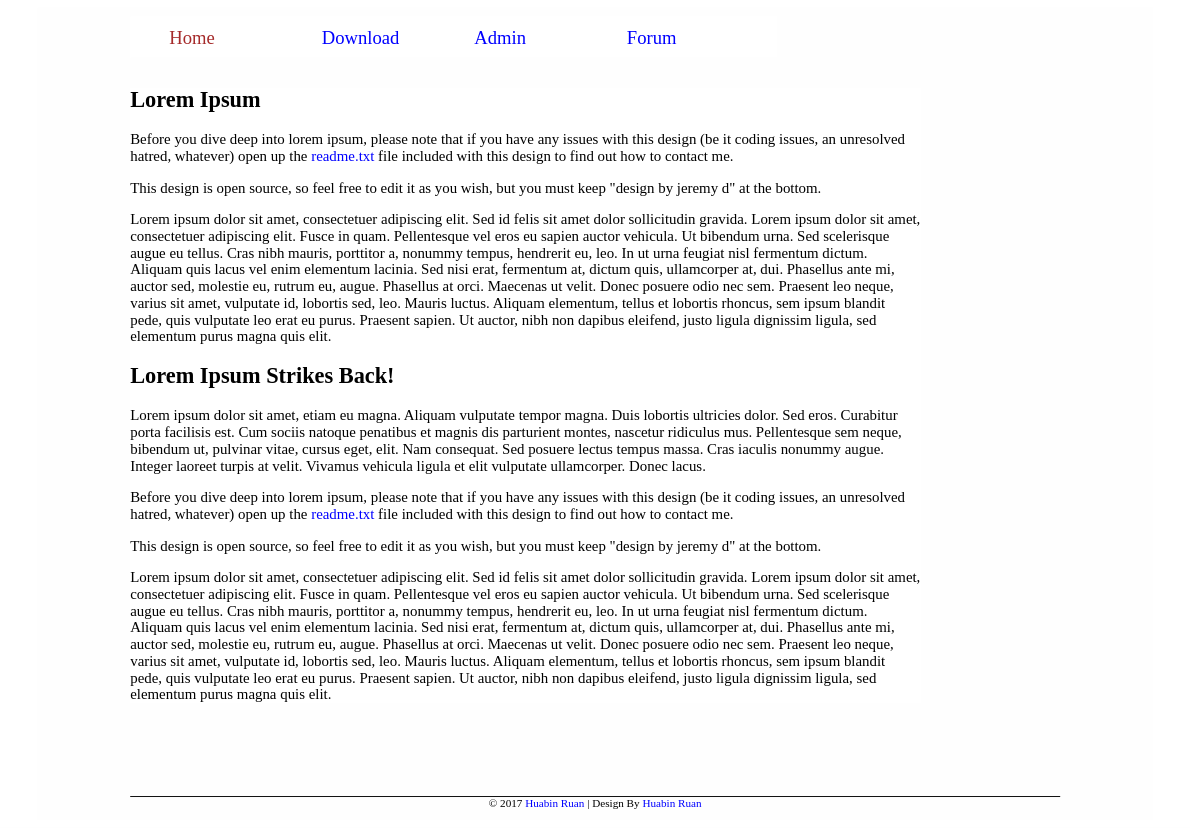
Repository: ruanhuabin/LifeSoftwareWebSite
Page: http://localhost/CryoEM/
The author's editor kept a copy of each file at every save. The page is drawn from the files as they stood at one save, then again after the next save.
The browser window is 1280 px wide. The pictures show the whole page, at 93% of full size.
The page is served by Tomcat 9. Nobody is signed in. The application's start-up code is not run.

Above is the page before, as saved 2017-08-14 02:30:40.

After the next save:
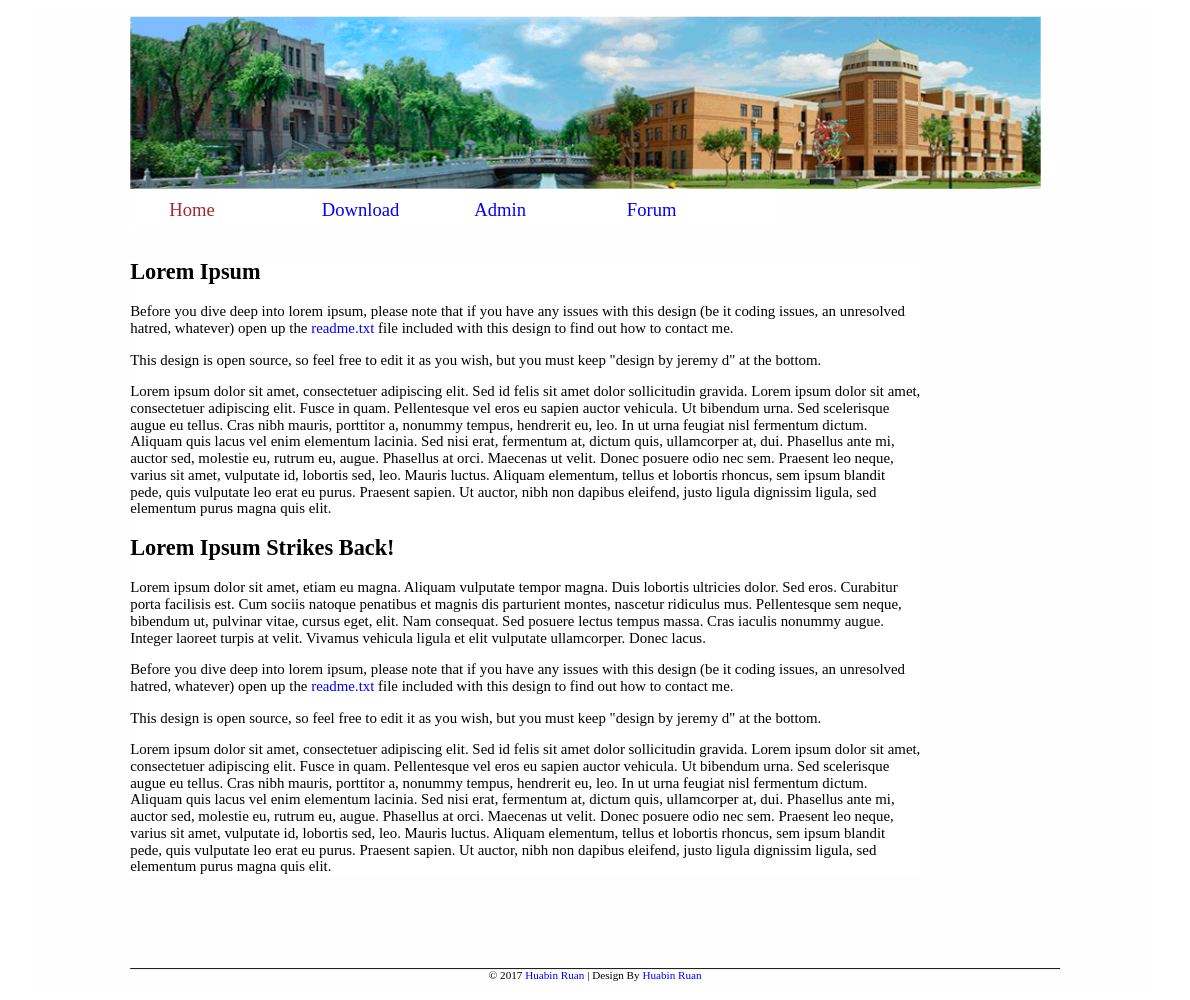
Saved 16 s later.
--- a/CryoEM/WebRoot/index.jsp
+++ b/CryoEM/WebRoot/index.jsp
@@ -22,7 +22,8 @@ String basePath = request.getScheme()+"://"+request.getServerName()+":"+request.
 
 <div id="main-container">
 
-
+<div id="header">
+</div>
 <div id="navigation">
 	<ul>
 		<li><a href="<%=path%>/index.jsp"><font color="brown">Home</font></a></li>
